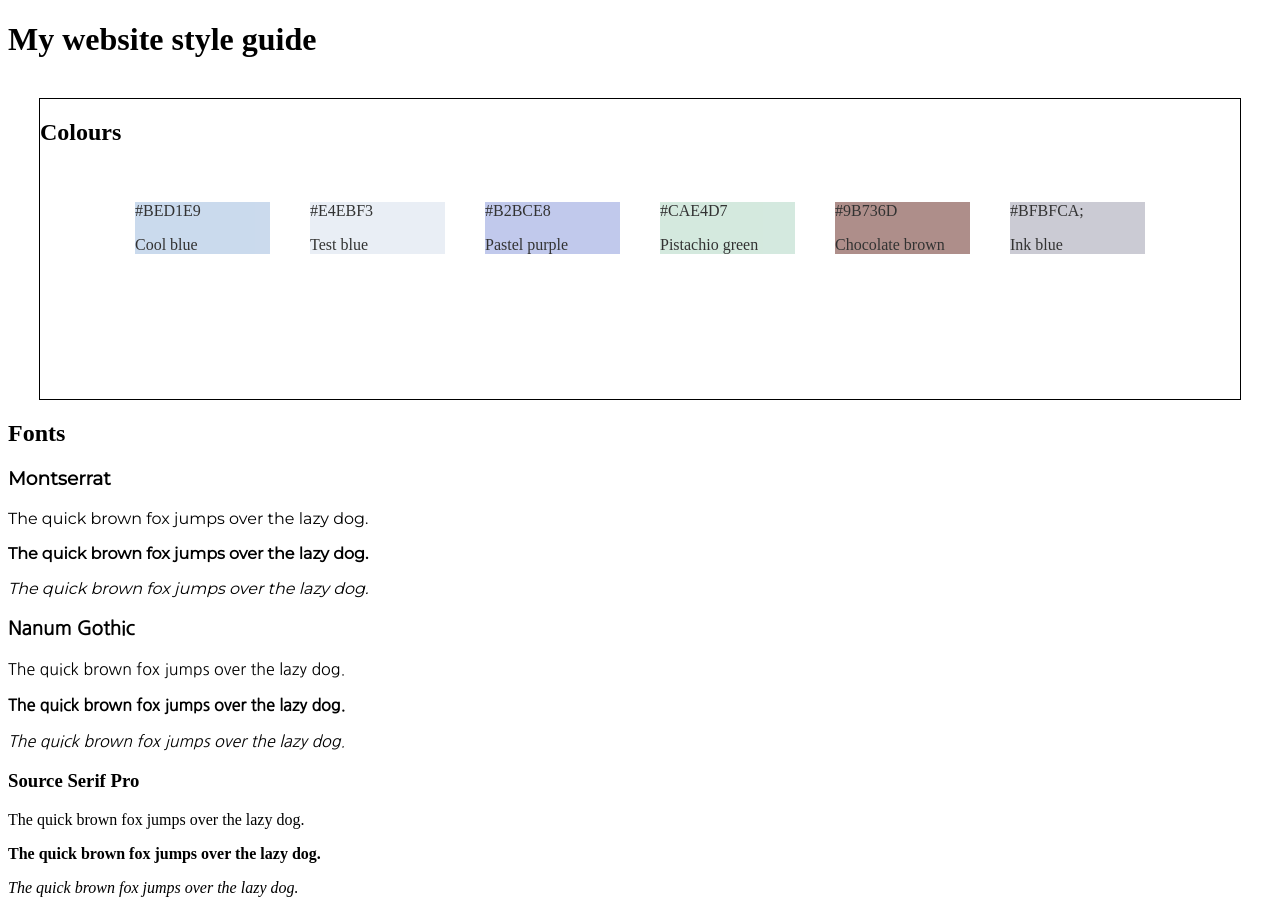
Repository: nazaninrizvi/codecademy
Page: Javascript/website-design-system/index.html
An editor plug-in stored every save of this project. The page is shown before and after a run of saves, followed by the edit.
The browser window is 1280 px wide. The pictures show the whole page.
Some web fonts or font styles are not loaded; a fallback is used.

Above is the page before, as saved 2021-11-27 21:55:58.

### Javascript/website-design-system/index.html
<!DOCTYPE html>
<html>
    <head>
        <title>My website style guide</title>
        <link rel="stylesheet" href="styles.css" type="text/css" />
        <link rel="preconnect" href="https://fonts.googleapis.com">
<link rel="preconnect" href="https://fonts.gstatic.com" crossorigin>
<link href="https://fonts.googleapis.com/css2?family=Montserrat&family=Nanum+Gothic&family=Source+Serif+Pro:ital,wght@1,300&display=swap" rel="stylesheet">
        <body>
        <h1>My website style guide</h1>
        <div id="colors">
            <div class="colors-container">
                <h2>Colours</h2>
                <div class="colcontainer">
                    <div class="cols"><div id="coolblue">
                        <p>#BED1E9</p>
                        <p>Cool blue</p>
                    </div></div>

                    <div class="cols"><div id="testBlue">
                        <p>#E4EBF3</p>
                        <p>Test blue</p>
                    </div></div>

                    <div class="cols"><div id="pastelPurple">
                        <p>#B2BCE8</p>
                        <p>Pastel purple</p>
                    </div></div>

                    <div class="cols"><div id="pistachio">
                        <p>#CAE4D7</p>
                        <p>Pistachio green</p>
                    </div></div>

                    <div class="cols"><div id="brown">
                        <p>#9B736D</p>
                        <p>Chocolate brown</p>
                    </div></div>

                    <div class="cols"><div id="inkBlue">
                        <p>#BFBFCA;</p>
                        <p>Ink blue</p>
                    </div></div>
                </div>
            </div>
        </div>
        <div id="fonts">
           <h2>Fonts</h2>
           <div class="fontcontainer">
               <div class='font' id='montserrat'>
                   <h3>Montserrat</h3>
                    <p>The quick brown fox jumps over the lazy dog.</p>
                    <p><b>The quick brown fox jumps over the lazy dog.</b></p>
                    <p><i>The quick brown fox jumps over the lazy dog.</i></p>                </i></p>
                </div>

                <div class='font' id="nanum">
                    <h3>Nanum Gothic</h3>
                     <p>The quick brown fox jumps over the lazy dog.</p>
                     <p><b>The quick brown fox jumps over the lazy dog.</b></p>
                     <p><i>The quick brown fox jumps over the lazy dog.</i></p>                </i></p>
                </div>

                <div class='font' id="sourceSerif">
                    <h3>Source Serif Pro</h3>
                     <p>The quick brown fox jumps over the lazy dog.</p>
                     <p><b>The quick brown fox jumps over the lazy dog.</b></p>
                     <p><i>The quick brown fox jumps over the lazy dog.</i></p>                </i></p>
                 </div>
           </div>
        </div>
    </body>
</html>

### Javascript/website-design-system/styles.css


.colors-container{
    height: 300px;
    max-width: 1200px;
    margin: 40px auto auto auto;
    border: 1px solid black;
  }

  .colcontainer{
    max-width: 1050px;
    margin: 15px auto auto auto;
    display: flex;
    justify-content: space-between;
  }

  .cols{
    height: 300px;
    padding: 20px;
    margin-bottom: auto;
    flex-basis: 30%;
    box-sizing: border-box;
    opacity: 0.8;
  }

#coolblue{
    background-color: #bed1e9;
  }
#testBlue{
    background-color: #E4EBF3;
}
#pastelPurple{
    background-color: #B2BCE8;
}

#pistachio{
    background-color: #CAE4D7;
}

#brown{
    background-color: #9B736D;
}

#inkBlue{
    background-color: #BFBFCA;
}

.colors-container{
  height: 300px;
  max-width: 1200px;
  margin: 40px auto auto auto;
  border: 1px solid black;
}

#montserrat{
  font-family: 'Montserrat', sans-serif;
}

#nanum{
  font-family: 'Nanum Gothic', sans-serif;
}

#sourceSerif{
  font-family: 'Source Serif Pro', serif;
}

After the next 3 saves:
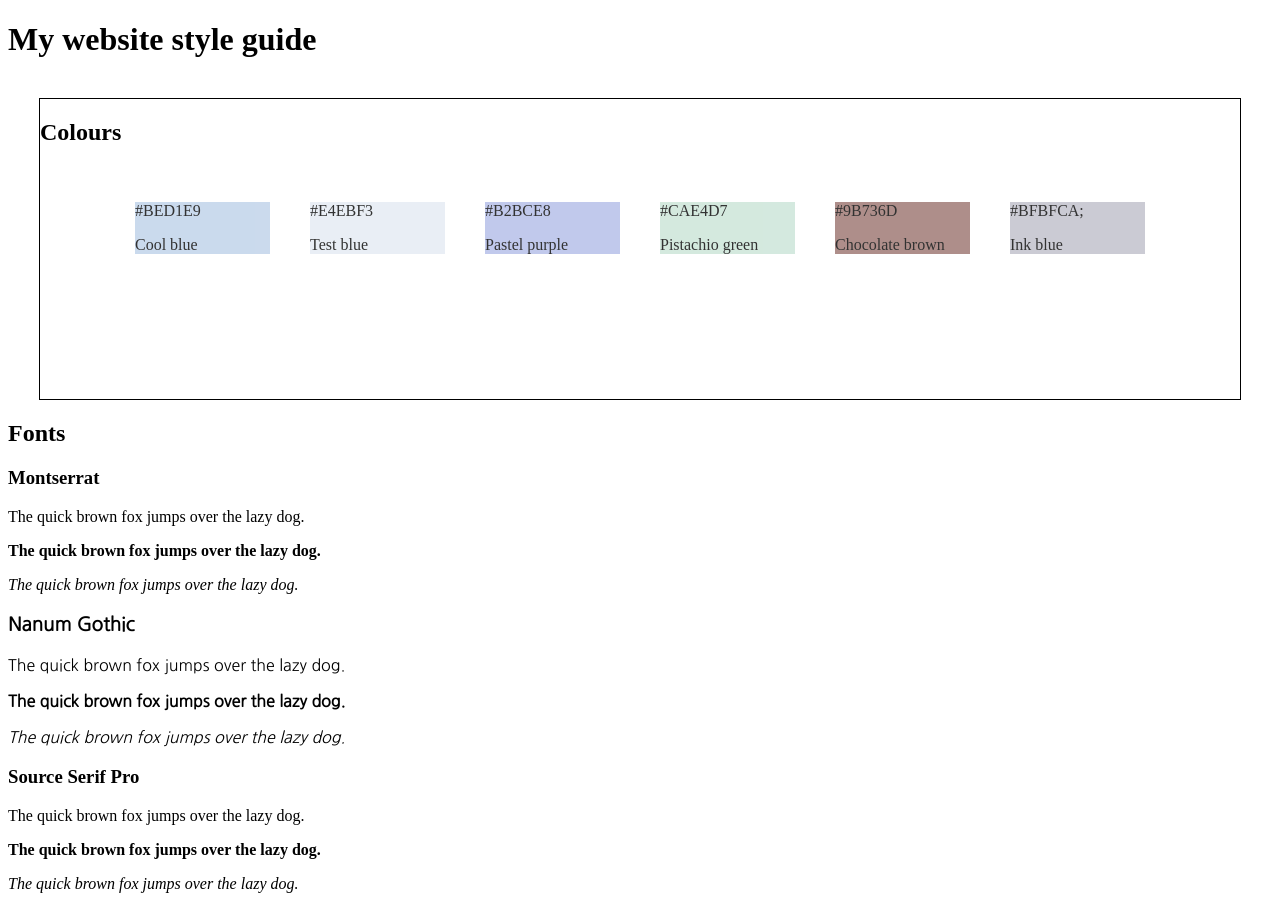
The 3 saves are shown as one change because they came seconds apart.
The last was saved 13 s later.
--- a/Javascript/website-design-system/styles.css
+++ b/Javascript/website-design-system/styles.css
@@ -52,6 +52,12 @@
   border: 1px solid black;
 }
 
+max-width: 1050px;
+margin: 15px auto auto auto;
+display: flex;
+justify-content: space-between;
+}
+
 #montserrat{
   font-family: 'Montserrat', sans-serif;
 }

After the 2 saves that followed:
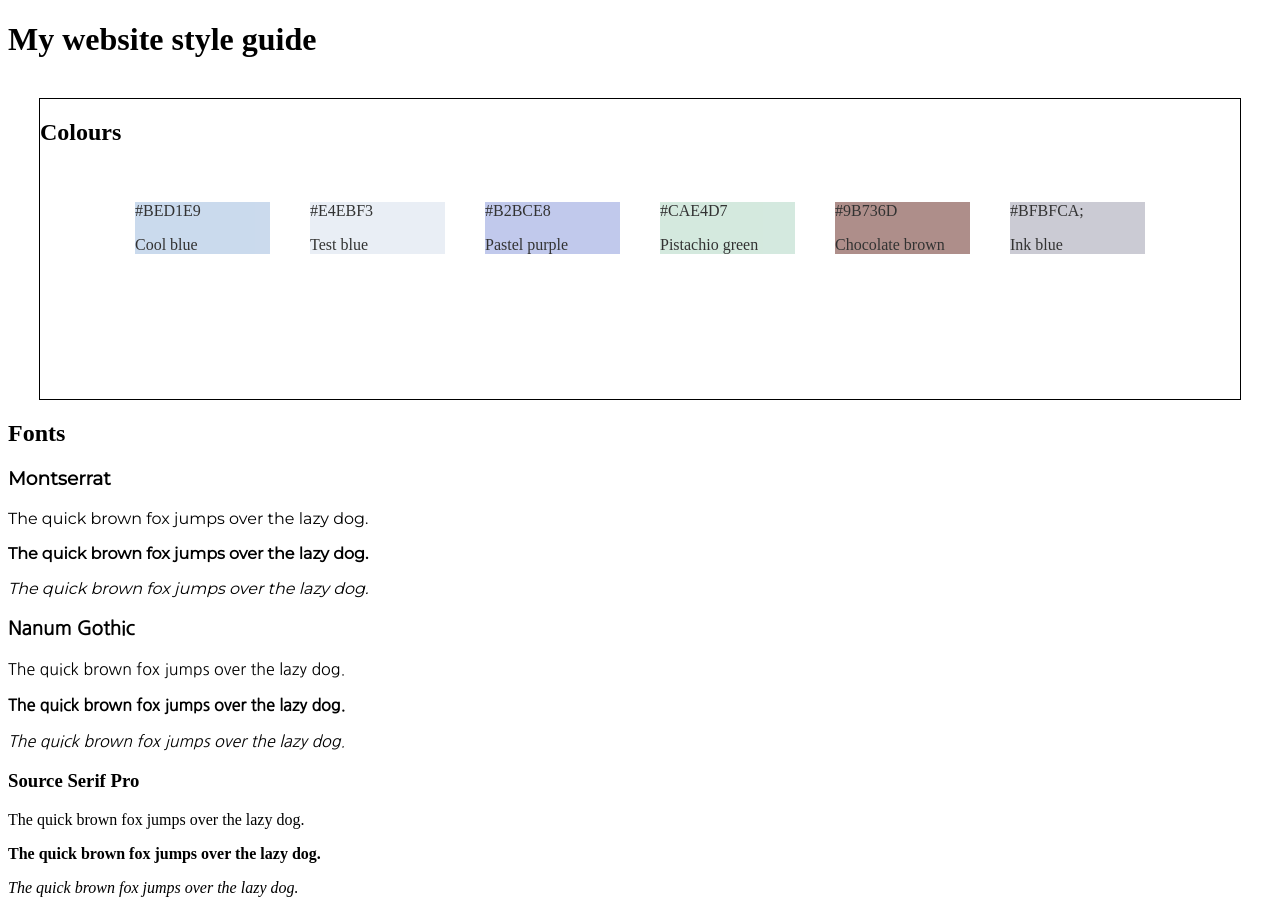
The 2 saves are shown as one change because they came seconds apart.
The last was saved 19 s later.
--- a/Javascript/website-design-system/styles.css
+++ b/Javascript/website-design-system/styles.css
@@ -58,6 +58,15 @@
 justify-content: space-between;
 }
 
+.cols{
+  height: 300px;
+  padding: 20px;
+  margin-bottom: auto;
+  flex-basis: 30%;
+  box-sizing: border-box;
+  opacity: 0.8;
+}
+
 #montserrat{
   font-family: 'Montserrat', sans-serif;
 }
